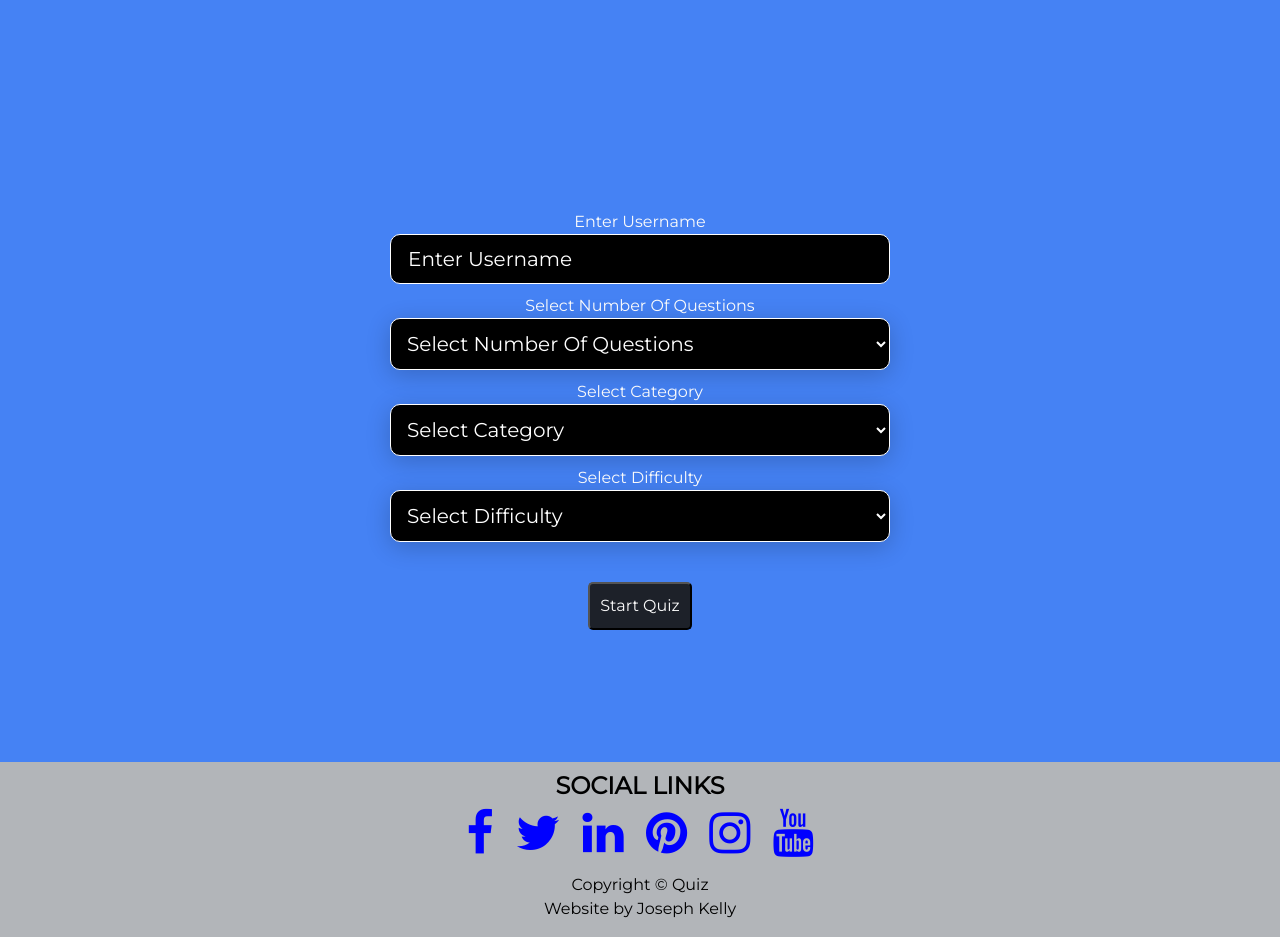
Repository: Code-Institute-Submissions/quiz-1
Page: load.html
The author's editor kept a record of every edit. The page is drawn from the files as they stood at one moment, then again after the next edit.
The browser window is 1280 px wide. The pictures show the whole page.

Above is the page before.

After the next edit:
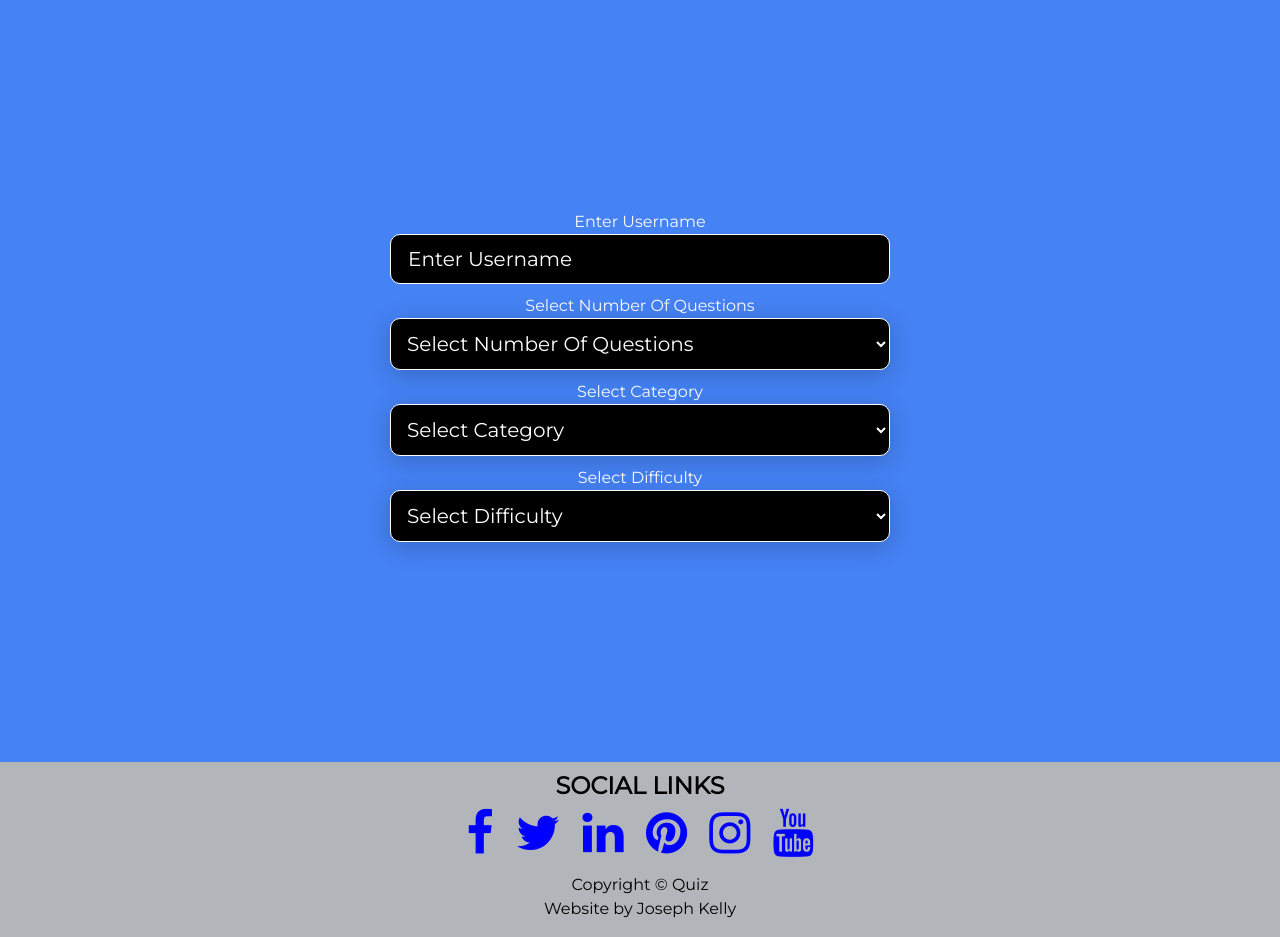
The edit:
--- a/load.html
+++ b/load.html
@@ -70,10 +70,7 @@
                 </div>
         </div>
         <div class="container-fluid load">
-            <button type="button" onclick="timeDelay();" id="start-button" class="start-button" data-toggle="modal" data-target="#exampleModalCenter">
-                  Start Quiz
-            </button>
-            </form>
+
             <div class="modal fade" id="exampleModalCenter" tabindex="-1" role="dialog" aria-hidden="true">
                 <div class="modal-dialog modal-dialog-centered" role="document">
                     <div class="modal-content">
